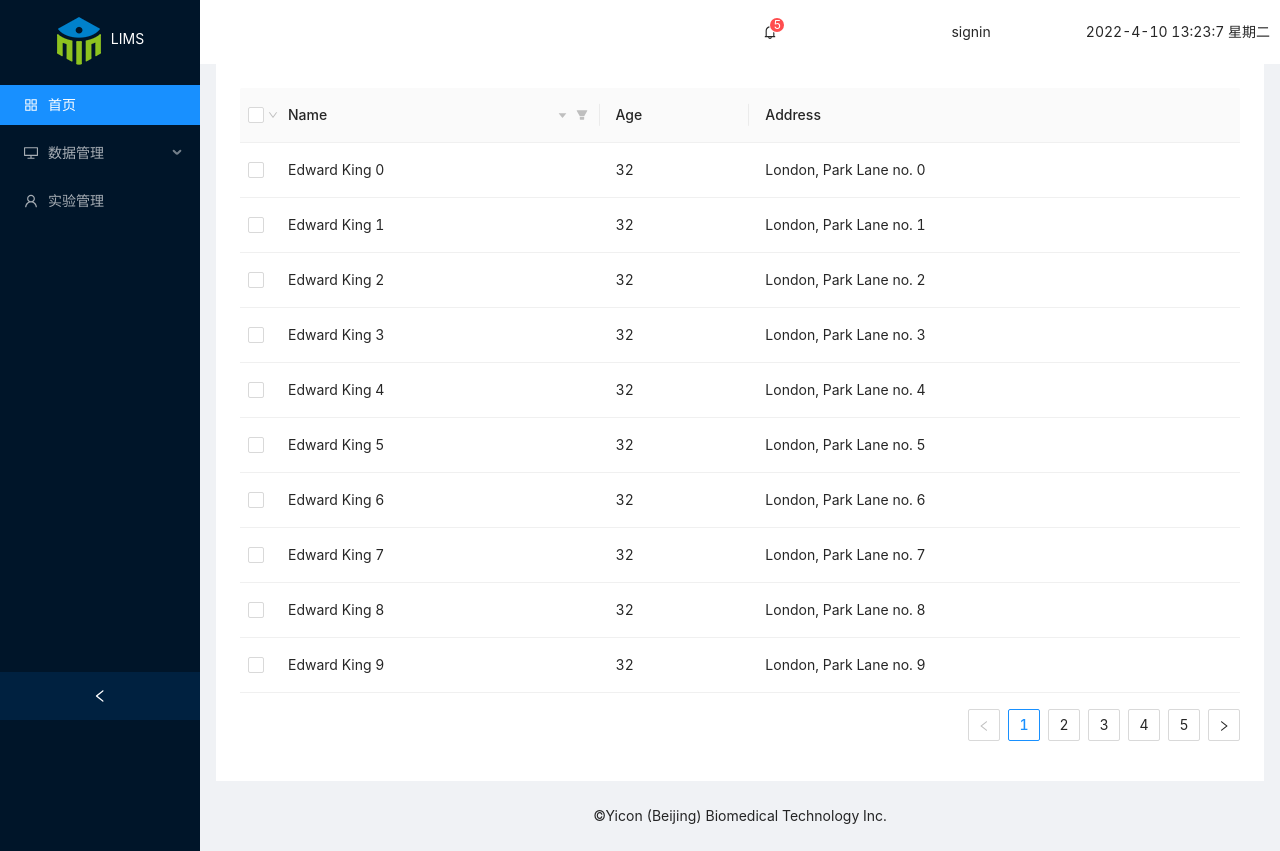
Repository: cornerdream/lims
Page: /sample
These files come from the project's save history. The page is drawn as it stood at one moment and after the next save; the edit follows.
The browser window is 1280 px wide. The pictures show the whole page.
The project was rebuilt for these pictures with package versions that can differ from the ones it lists, and the page was loaded fresh each time. Also part of the build but not shown: src/components/core/home.js, src/components/core/signin.js, src/components/core/moreOrder.js, src/components/core/moreSample.js, src/components/core/moreReport.js, src/components/core/moreProject.js, src/components/core/moreResources.js, src/components/views/data.js.

Above is the page before, as saved 2022-05-16 09:05:37.

After the next save:
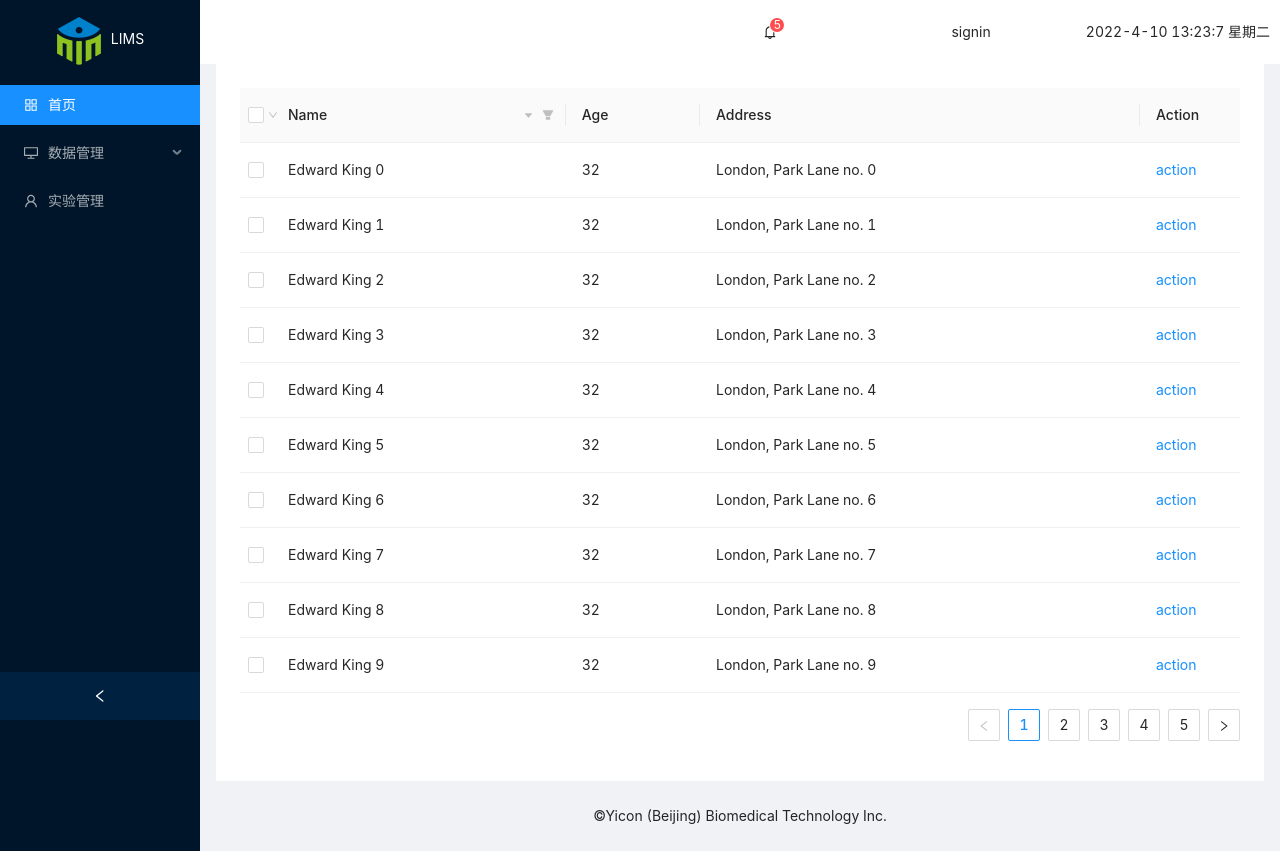
Saved 9 min 0 s later.
--- a/src/components/core/table.js
+++ b/src/components/core/table.js
@@ -5,6 +5,7 @@ const columns = [
   {
     title: 'Name',
     dataIndex: 'name',
+    fixed: 'left',
     filters: [
         {
           text: 'Joe',
@@ -42,6 +43,13 @@ const columns = [
   {
     title: 'Address',
     dataIndex: 'address',
+  },
+  {
+    title: 'Action',
+    key: 'operation',
+    fixed: 'right',
+    width: 100,
+    render: () => <a>action</a>,
   },
 ];
 
